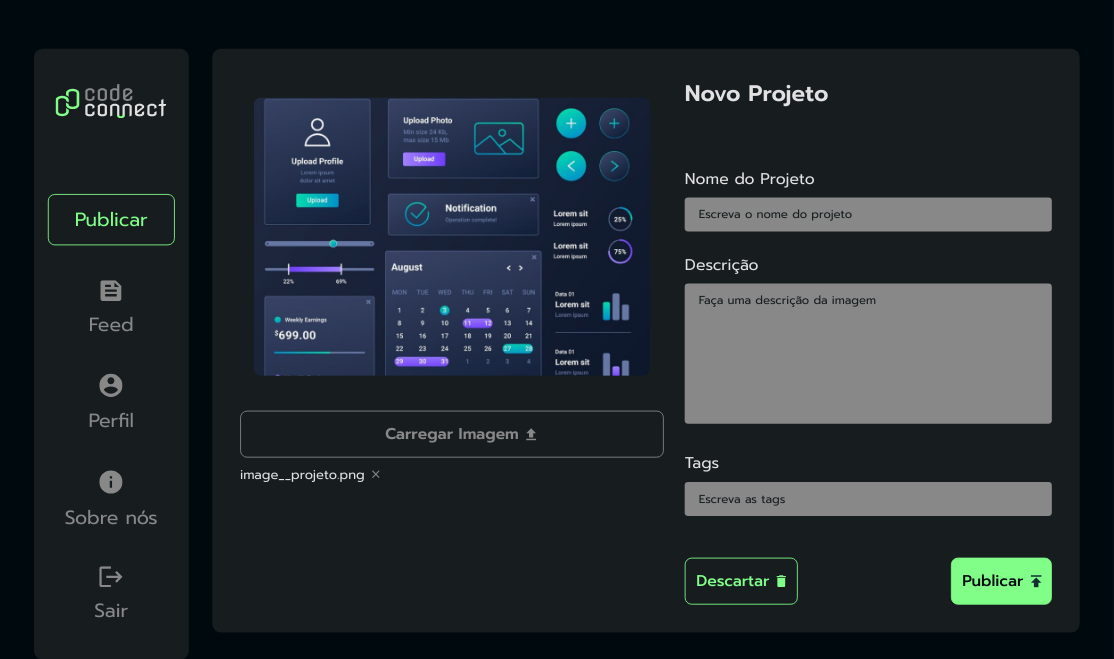
Repository: joaoPraiaJunior/async_await
Page: index.html
These files come from the project's save history. The page is drawn as it stood at one moment and after the next save; the edit follows.
The browser window is 1280 px wide. The pictures show the whole page, at 87% of full size.

Above is the page before, as saved 2024-08-26 23:50:26.

After the next save:
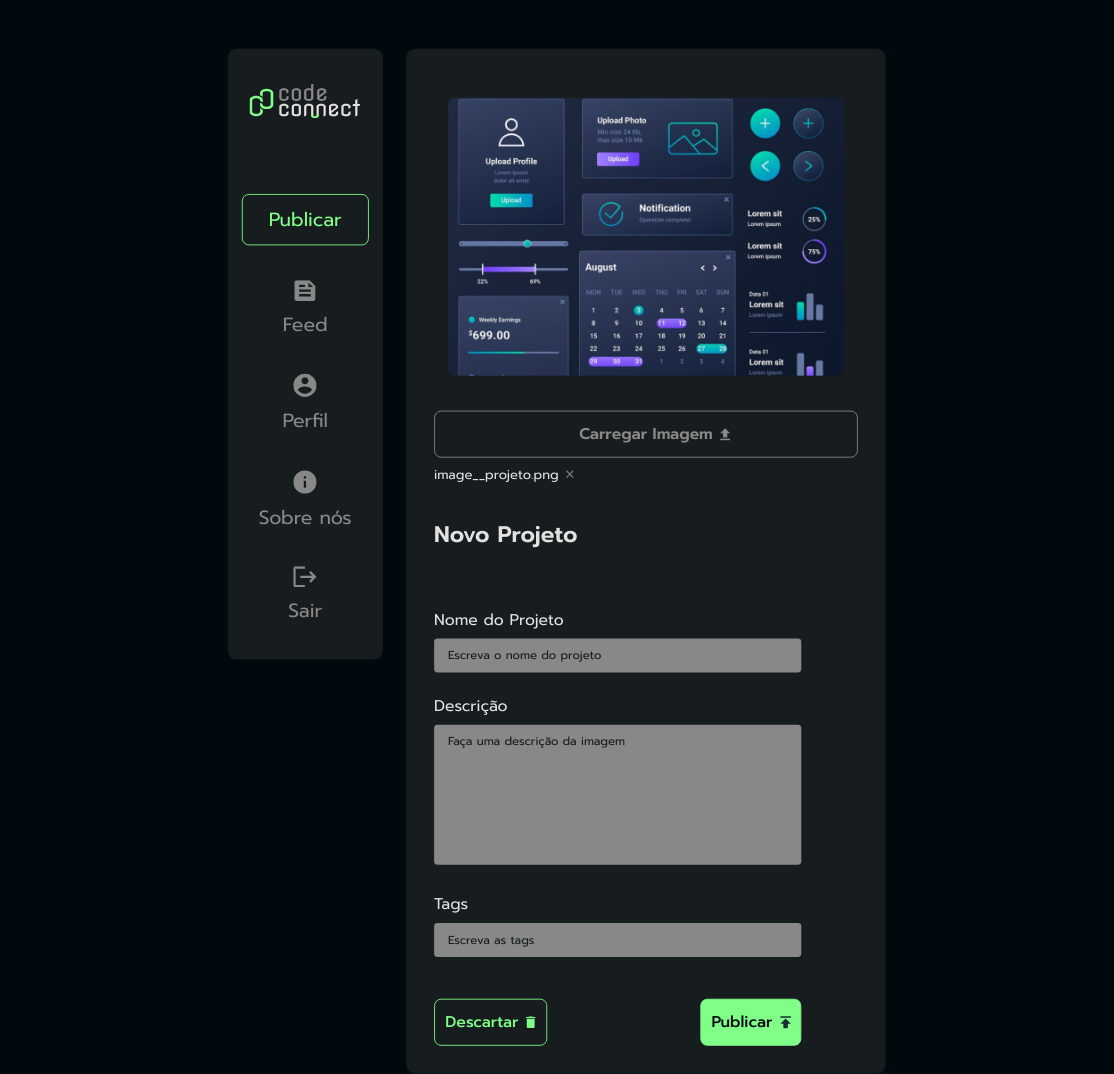
Saved 10 min 17 s later.
--- a/index.html
+++ b/index.html
@@ -27,6 +27,7 @@
     </aside>
 
     <main class="l-principal">
+        <form class="c-formulario__acoes" data-js="formulario">
         <div class="c-upload-imagem">
             <div class="c-upload-imagem__container">
                 <figure class="c-upload-imagem__publicacao">
@@ -46,7 +47,6 @@
 
         <div class="c-formulario">
             <h1 class="c-formulario__titulo">Novo Projeto</h1>
-            <form class="c-formulario__acoes" data-js="formulario">
 
                 <div class="c-formulario__grupo">
                     <label for="projeto">Nome do Projeto</label>

After the save that followed:
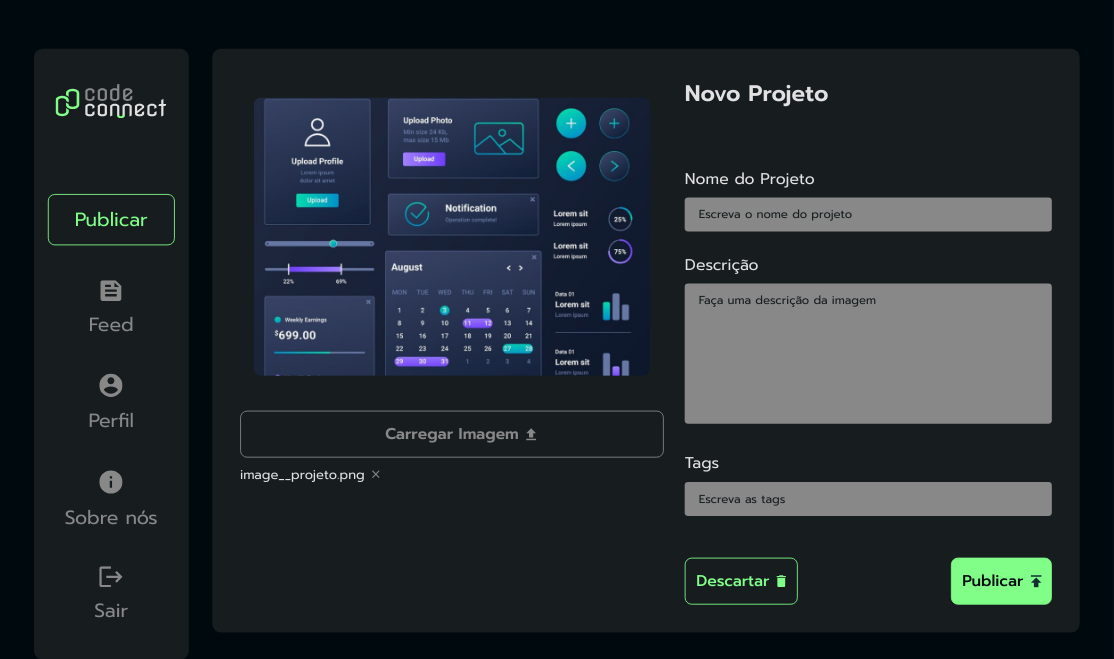
Saved 80 s later.
--- a/css/styles.css
+++ b/css/styles.css
@@ -90,7 +90,7 @@ body {
 
 .c-formulario__acoes {
   display: flex;
-  flex-direction: column;
+  /* flex-direction: column; */
   gap: 2.4rem;
 }
 
